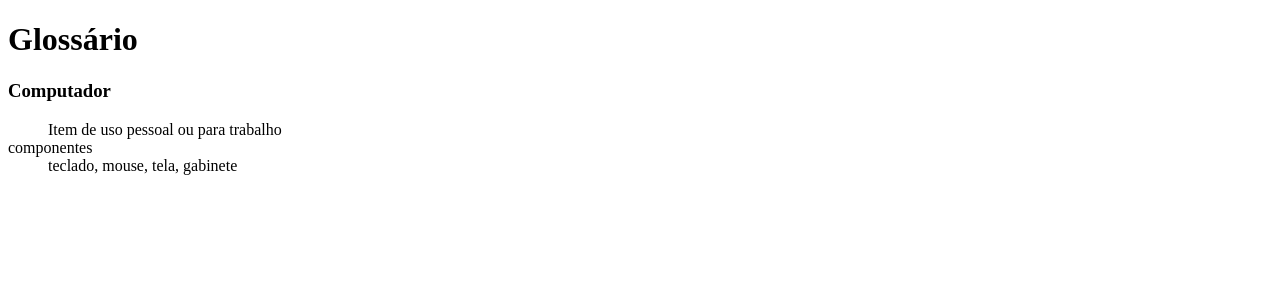
Repository: RenatoCCS/Mais1Code
Page: Rocketseat/Fundamentar/01 - O guia estelar de HTML/Desafios/1_Glossario/glossary.html
The author's editor kept a copy of each file at every save. The page is drawn from the files as they stood at one save, then again after a run of saves.
The browser window is 1280 px wide. The pictures show the whole page.

Above is the page before, as saved 2022-04-18 20:33:00.

### Rocketseat/Fundamentar/01 - O guia estelar de HTML/Desafios/1_Glossario/glossary.html
<!DOCTYPE html>
<html lang="pt-br">
<head>
    <meta charset="UTF-8">
    <meta http-equiv="X-UA-Compatible" content="IE=edge">
    <meta name="viewport" content="width=device-width, initial-scale=1.0">
    <title>Glossário</title>
</head>
<body>

    <h1>Glossário</h1>
<dl>
    <h3><dt>Computador</dt></h3>
    <dd>Item de uso pessoal ou para trabalho</dd>

    <dt>componentes</dt>
    <dd>teclado, mouse, tela, gabinete</dd>
</dl>



</body>
</html>

After the next 2 saves:
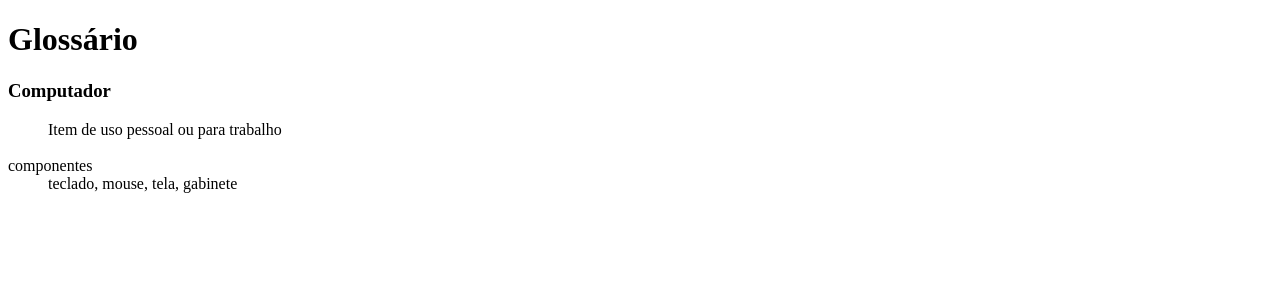
The 2 saves are shown as one change because they came seconds apart.
The last was saved 8 s later.
--- a/Rocketseat/Fundamentar/01 - O guia estelar de HTML/Desafios/1_Glossario/glossary.html
+++ b/Rocketseat/Fundamentar/01 - O guia estelar de HTML/Desafios/1_Glossario/glossary.html
@@ -13,7 +13,7 @@
     <h3><dt>Computador</dt></h3>
     <dd>Item de uso pessoal ou para trabalho</dd>
 
-    <dt>componentes</dt>
+    <h3></h3><dt>componentes</dt>
     <dd>teclado, mouse, tela, gabinete</dd>
 </dl>
 
